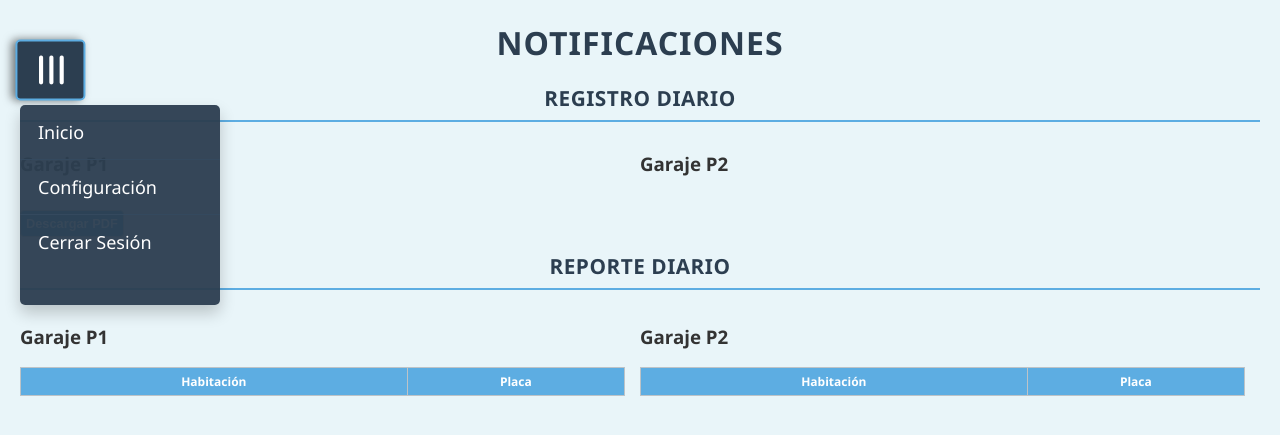
Repository: EddyWebz/base-datos
Page: privado/report.html
An editor plug-in stored every save of this project. The page is shown before and after the next save, followed by the edit.
The browser window is 1280 px wide. The pictures show the whole page.
After loading, the first visible `button.menu-icon` was clicked once.
The page's requests for data from a server got no answer.

Above is the page before, as saved 2024-08-29 18:04:27.

After the next save:
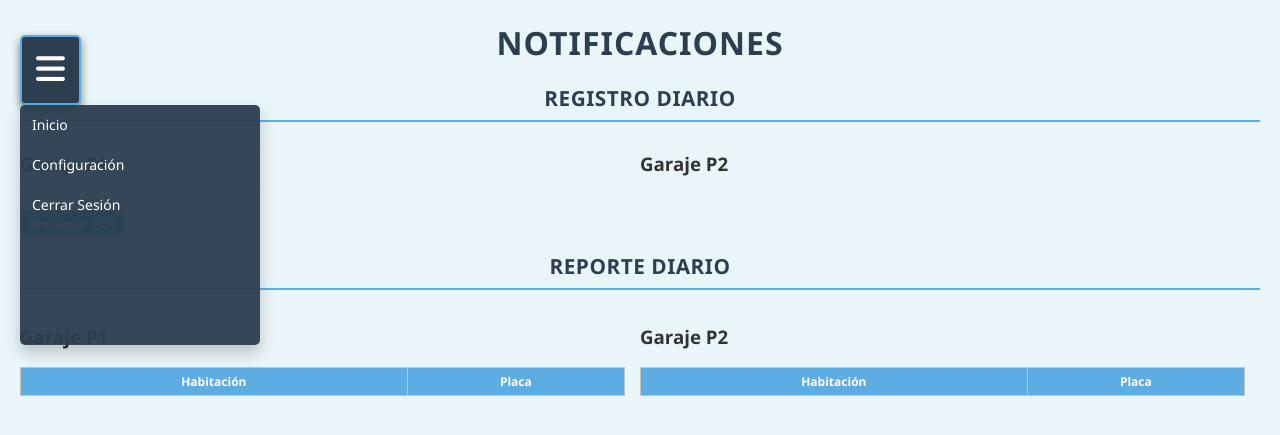
Saved 4 min 2 s later.
--- a/BASE-2/notif.css
+++ b/BASE-2/notif.css
@@ -188,56 +188,48 @@ button:hover {
         padding: 14px;
         font-size: 33px;
     }
+
     .dropdown-content {
-        min-width: 240px; /* Aumentar el ancho del menú */
-
-    }
-
-    .dropdown-content.show a {
-        padding: 15px 18px; /* Aumentar padding de los enlaces */
-        font-size: 18px; /* Aumentar tamaño de la fuente */
-    }
+        min-width: 240px;
+        min-height: 240px;
+        transform: translateY(-20px); /* Mantén la posición correcta en estado inicial */
+    }
+
     .dropdown-content.show {
         opacity: 1;
         visibility: visible;
         transform: translateY(0);
-        min-width: 200px; /* Aumentar el ancho del menú */
-        min-height: 200px;
-    }
-    /* Añadir clase para la animación de salida */
+        min-width: 240px; /* Mantener el tamaño correcto durante la apertura */
+        min-height: 240px;
+    }
+
     .dropdown-content.hide {
         opacity: 0;
         visibility: hidden;
-        transform: translateY(-20px);
-    }
-}
-
-.menu-icon:hover {
-    background-color: #34495e;
-    transform: scale(1.1);
-}
-
-.menu-icon.open {
-    transform: rotate(90deg);
-    transition: transform 0.6s cubic-bezier(0.4, 0.0, 0.2, 1);
+        transform: translateY(-20px); /* Mantener el tamaño correcto durante la salida */
+        min-width: 240px;
+        min-height: 240px;
+    }
 }
 
 /* Estilo del contenido desplegable con animación */
+.dropdown-content, .dropdown-content.show, .dropdown-content.hide {
+    transition: opacity 0.6s cubic-bezier(0.4, 0.0, 0.2, 1),
+                transform 0.6s cubic-bezier(0.4, 0.0, 0.2, 1),
+                visibility 0.6s;
+}
+
 .dropdown-content {
     position: absolute;
     left: 0;
     top: 100%;
     background-color: rgba(44, 62, 80, 0.95);
-    min-width: 160px;
     box-shadow: 0px 8px 16px 0px rgba(0,0,0,0.2);
     border-radius: 5px;
     z-index: 1001;
     opacity: 0;
     visibility: hidden;
     transform: translateY(-20px);
-    transition: opacity 0.6s cubic-bezier(0.4, 0.0, 0.2, 1),
-                transform 0.6s cubic-bezier(0.4, 0.0, 0.2, 1),
-                visibility 0.6s;
 }
 
 .dropdown-content.show {
@@ -275,7 +267,7 @@ button:hover {
         transform: translateY(30px);
         opacity: 0;
     }
-    100% {
+     100% {
         transform: translateY(0);
         opacity: 1;
     }
@@ -290,6 +282,8 @@ button:hover {
 
     #reportes h2, #reportes h3 {
         color: black; /* Asegura que los títulos sean visibles */
+        margin: 0;
+        padding: 0;
     }
 
     #reportes table {
@@ -300,10 +294,10 @@ button:hover {
     /* Reducir tamaño de fuente y padding en celdas */
     #reportes th, #reportes td {
         border: 1px solid #000;
-        padding: 0px;
+        padding: 2px; /* Reducir padding para más contenido por página */
         text-align: center;
         height: 6px;
-        font-size: 10px;
+        font-size: 12px;
         background-color: white;
         color: black;
     }
